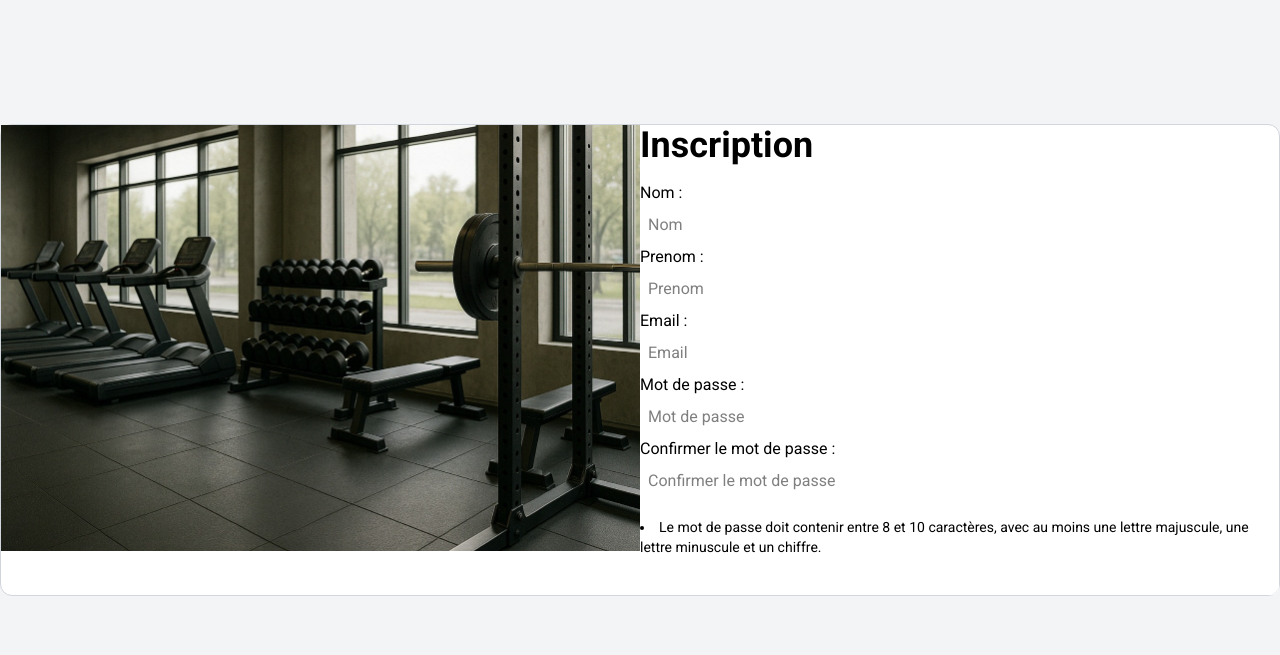
Repository: fahchouchsm/clubSportifWeb
Page: src/pages/inscription.html
The author's editor kept a copy of each file at every save. The page is drawn from the files as they stood at one save, then again after the next save.
The browser window is 1280 px wide. The pictures show the whole page.

Above is the page before, as saved 2025-04-16 19:57:12.

### src/pages/inscription.html
<!doctype html>
<html lang="en">
  <head>
    <meta charset="UTF-8" />
    <meta name="viewport" content="width=device-width, initial-scale=1.0" />
    <link href="../css/output.css" rel="stylesheet" />
    <link rel="stylesheet" href="../css/main.css" />
    <link rel="stylesheet" href="../css/style.css" />
    <title>Document</title>
  </head>
  <body>
    <div
      class="flex h-screen w-screen items-center justify-center bg-gray-100 px-24"
    >
      <main
        class="mx-auto flex rounded-xl border border-gray-300 bg-white shadow-lg shadow-gray-400"
      >
        <img
          src="../../public/imgs/salleInterieur.jpeg"
          class="h-full w-1/2 rounded-s-lg object-cover"
          alt=""
        />
        <form
          action="../php/inscription.php"
          method="post"
          class="flex w-1/2 flex-col gap-4 px-8 pt-8"
        >
          <h1 class="text-4xl font-bold">Inscription</h1>
          <!-- inputs -->
          <div class="grid w-full grid-cols-2 gap-4">
            <!-- Nom -->
            <div class="">
              <label for="nom"> Nom : </label>
              <input
                class="input-style"
                type="text"
                name="nom"
                id="nom"
                placeholder="Nom"
                pattern="[a-zA-Z ]{3,30}"
                required
              />
            </div>
            <!-- Prenom -->
            <div class="">
              <label for="prenom">Prenom :</label
              ><input
                type="text"
                class="input-style"
                name="prenom"
                placeholder="Prenom"
                pattern="[a-zA-Z ]{3,30}"
                id="prenom"
                required
              />
            </div>
            <!-- Email -->
            <div class="col-span-2">
              <label for="email">Email :</label
              ><input
                type="email"
                class="input-style"
                name="email"
                placeholder="Email"
                pattern="[a-zA-Z0-9._%+-]+@[a-zA-Z0-9.-]+\.[a-zA-Z]{2,}"
                id="email"
                required
              />
            </div>
            <!-- pass -->
            <div class="">
              <label for="pass">Mot de passe : </label>
              <input
                class="input-style"
                type="password"
                name="motdepasse"
                id="pass"
                placeholder="Mot de passe"
                pattern="^(?=.*[a-z])(?=.*[A-Z])(?=.*\d)[a-zA-Z\d]{8,10}$"
                required
              />
            </div>
            <!-- confPass -->
            <div class="">
              <label for="confPass">Confirmer le mot de passe :</label
              ><input
                type="password"
                class="input-style"
                placeholder="Confirmer le mot de passe"
                pattern="^(?=.*[a-z])(?=.*[A-Z])(?=.*\d)[a-zA-Z\d]{8,10}$"
                id="confPass"
                required
              />
            </div>
          </div>
          <span class="text-sm text-gray-500">
            <li>
              Le mot de passe doit contenir entre 8 et 10 caractères, avec au
              moins une lettre majuscule, une lettre minuscule et un chiffre.
            </li>
          </span>
          <button type="submit" class="ml-auto bg-gray-500 text-white">
            S'inscrire
          </button>
        </form>
      </main>
    </div>
    <script src="../js/style.js"></script>
  </body>
</html>

### src/css/main.css
@import url("https://fonts.googleapis.com/css2?family=Roboto:wght@400;700&display=swap");

body {
  font-family: "Roboto", sans-serif;
}

### src/css/style.css
/* styles.css */
.input-style {
  @apply block w-full rounded-lg border-2 border-gray-300 p-2 focus:border-blue-500 focus:outline-none;
}

Loaded but not shown: src/js/style.js (39 lines, source omitted); src/css/output.css (1058 lines, source omitted)

After the next save:
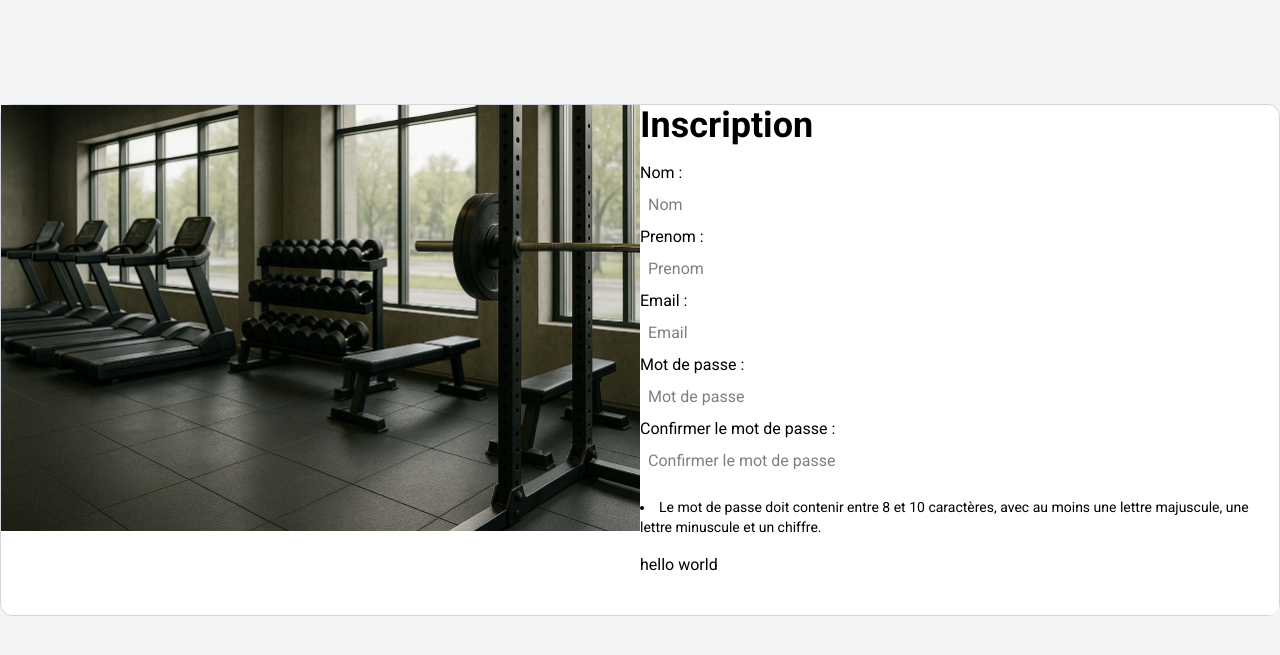
Saved 22 h 42 min later.
--- a/src/pages/inscription.html
+++ b/src/pages/inscription.html
@@ -99,6 +99,7 @@
               moins une lettre majuscule, une lettre minuscule et un chiffre.
             </li>
           </span>
+          <span>hello world</span>
           <button type="submit" class="ml-auto bg-gray-500 text-white">
             S'inscrire
           </button>
